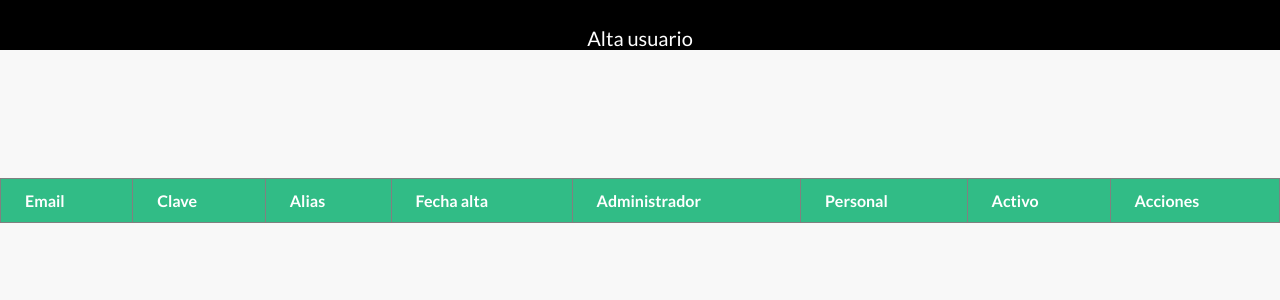
Repository: Mariangeles94/practica_gestion_usuarios
Page: http://localhost/Gestion/administrador/index.php
The author's editor kept a record of every edit. The page is drawn from the files as they stood at one moment, then again after the next edit.
The browser window is 1280 px wide. The pictures show the whole page.
The page is run by PHP 8.4 with error messages shown; the project is at /var/www/html/. Queries for data that is not in the repository find no rows.

Above is the page before.

After the next edit:
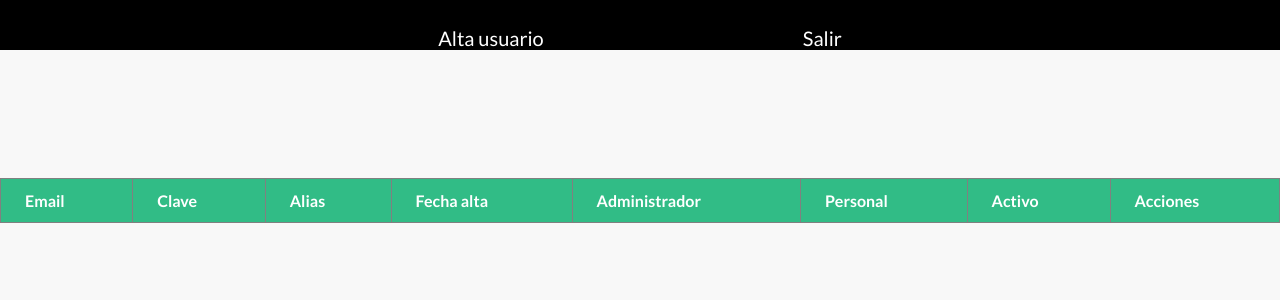
The edit:
--- a/administrador/index.php
+++ b/administrador/index.php
@@ -19,6 +19,7 @@
       <header>
             <nav>
                 <a href="viewinsert.php">Alta usuario</a>
+                <a href="../usuario/index.php">Salir</a>
             </nav>
         </header>
 
